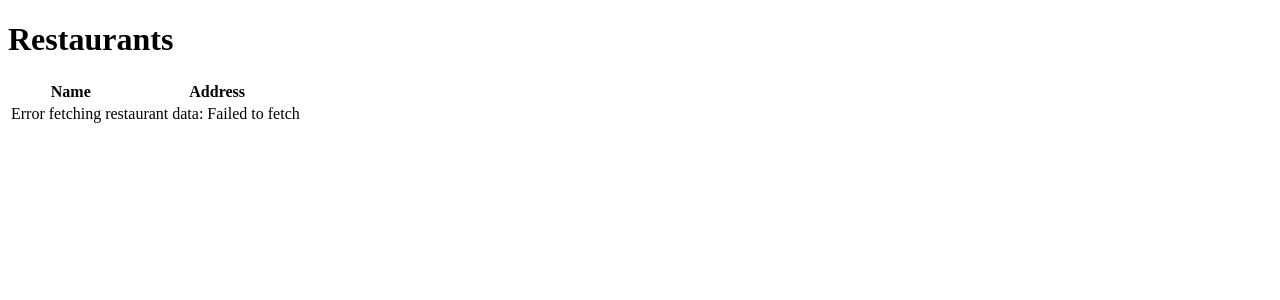
Repository: Elliriskala/AJAX-assignments
Page: Assignment 5/assignment 5.html
These files come from the project's save history. The page is drawn as it stood at one moment and after the next save; the edit follows.
The browser window is 1280 px wide. The pictures show the whole page.
The page's requests for data from a server got no answer.

Above is the page before, as saved 2024-09-01 20:34:00.

### Assignment 5/assignment 5.html
<!DOCTYPE html>
<html lang="en">
<head>
  <meta charset="UTF-8">
  <meta name="viewport" content="width=device-width, initial-scale=1.0">
  <title>Document</title>
  <script src="assignment 5.js" defer></script>
</head>
<body>
  <h1>Restaurants</h1>
  <table>
    <thead>
      <tr>
        <th>Name</th>
        <th>Address</th>
      </tr>
    </thead>
    <tbody>
      <!-- add restaurants here -->
    </tbody>
  </table>
  <!-- modal -->
  <dialog>
    <div>
      <button id="close-modal">&#128940</button>
    </div>
    <div id="info">
       <!-- add restaurant info here when restaurant is clicked -->
    </div>
  </dialog>
</body>
</html>

### Assignment 5/assignment 5.js
/* 5. In this assignment we will work with the Restaurant API to build upon the previous lab's restaurant assignment (Assignment 2). Extend the previous restaurant assignment by integrating the Restaurant API and enhancing the app to display the current day's menu for selected restaurants.

Begin by revisiting your previous restaurant assignment code.
Modify the app to fetch restaurant data using a single AJAX call to the Restaurant API endpoint. Replace the previous hard-coded array of restaurants.
Implement the necessary logic to display the retrieved restaurant data in your app.
When a user clicks on a restaurant, make another AJAX call to fetch the current day's menu for the selected restaurant from the API.
Enhance the modal functionality to show both the restaurant details (name, address, etc.) and the current day's menu.
Ensure that the modal is populated with the relevant information when a user clicks on a restaurant.
Implement error handling for the AJAX calls, displaying appropriate messages if data retrieval fails.
Test the app thoroughly to ensure that restaurant data and menus are displayed accurately.
Make effective use of CSS for styling and layout.
10p
*/

'use strict';


document.addEventListener('DOMContentLoaded', async function() {
  const target = document.querySelector('tbody');
  const modal = document.querySelector('dialog');
  const info = document.querySelector('#info');
  const closeModal = document.querySelector('#close-modal');

  closeModal.addEventListener('click', function () {
    modal.close();
  });

  // Fetching restaurant data
  try {
      const response = await fetch('https://opiskelijaravintolat.fi/');
      if (!response.ok) {
        throw new Error('There was a problem with the fetch operation');
      }
      const restaurants = await response.json();
      // Displaying the restaurants in alphabetical order
      restaurants.sort((a, b) => a.name.localeCompare(b.name));

      for (const restaurant of restaurants) {
        if (restaurant) {
          const name = document.createElement('td');
          name.innerText = restaurant.name;

          const address = document.createElement('td');
          address.innerText = restaurant.address;

          const row = document.createElement('tr');

          // highlighting selected restaurant

          row.addEventListener('click', function () {
            const highlights = document.querySelectorAll('.highlight');
            for (const highligted of highlights) {
              highligted.classList.remove('highlight');
            }
            row.classList.add('highlight');

            // Displaying restaurant info in modal
            const restaurantHTML = `
                <header>
                  <h3>${restaurant.name}</h3>
                  <p>${restaurant.company}</p>
                </header>
                <address>
                  ${restaurant.address}<br>
                  ${restaurant.postalCode} ${restaurant.city}<br>
                  ${restaurant.phone}<br>
                </address>
            `;
            info.innerHTML = '';
            info.insertAdjacentHTML('beforeend', restaurantHTML);

            /*
            // Fetch and display the current day's menu
            try {
              const menuResponse = await fetch(`https://example.com/api/restaurants/${restaurant.id}/menu`); // Replace with actual API endpoint
              if (!menuResponse.ok) {
                throw new Error(`Failed to fetch menu: ${menuResponse.statusText}`);
              }
              const menu = await menuResponse.json();

              const menuHTML = `<h4>Today's Menu</h4><ul>`;
              for (const item of menu.items) {
                  menuHTML += `<li>${item.name} - ${item.price}</li>`;
              }
              menuHTML += `</ul>`;
              info.insertAdjacentHTML('beforeend', menuHTML);
          } catch (menuError) {
              console.error(menuError);
              info.insertAdjacentHTML('beforeend', `<p>Error fetching menu: ${menuError.message}</p>`);
            }
            */

          modal.showModal();
        });
        row.append(name, address);
        target.append(row);
      }
    }
  } catch (error) {
      console.error('An error occurred while fetching restaurants:', error.message);
      target.innerHTML = `<tr><td colspan="2">Error fetching restaurant data: ${error.message}</td></tr>`;
  }
});

After the next save:
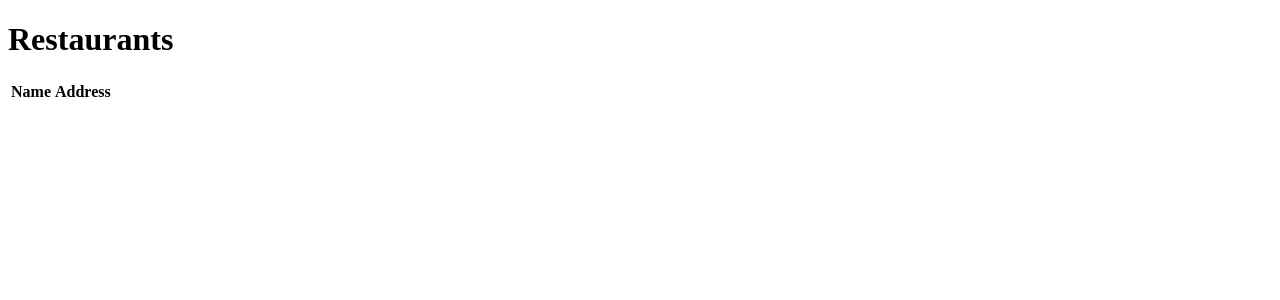
Saved 39 s later.
--- a/Assignment 5/assignment 5.js
+++ b/Assignment 5/assignment 5.js
@@ -98,6 +98,5 @@
     }
   } catch (error) {
       console.error('An error occurred while fetching restaurants:', error.message);
-      target.innerHTML = `<tr><td colspan="2">Error fetching restaurant data: ${error.message}</td></tr>`;
   }
 });

After the save that followed:
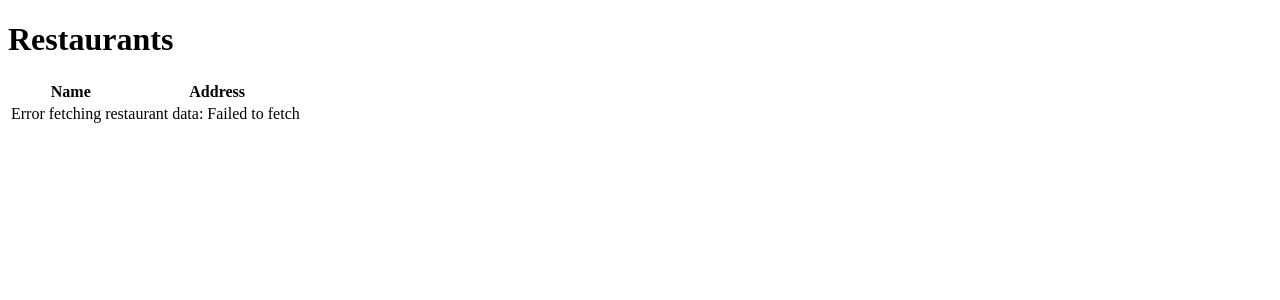
Saved 2 min 37 s later.
--- a/Assignment 5/assignment 5.js
+++ b/Assignment 5/assignment 5.js
@@ -27,7 +27,7 @@
 
   // Fetching restaurant data
   try {
-      const response = await fetch('https://opiskelijaravintolat.fi/');
+      const response = await fetch('https://opentable.herokuapp.com/api/restaurants?city=New%20York');
       if (!response.ok) {
         throw new Error('There was a problem with the fetch operation');
       }
@@ -98,5 +98,6 @@
     }
   } catch (error) {
       console.error('An error occurred while fetching restaurants:', error.message);
+      target.innerHTML = `<tr><td colspan="2">Error fetching restaurant data: ${error.message}</td></tr>`;
   }
 });
